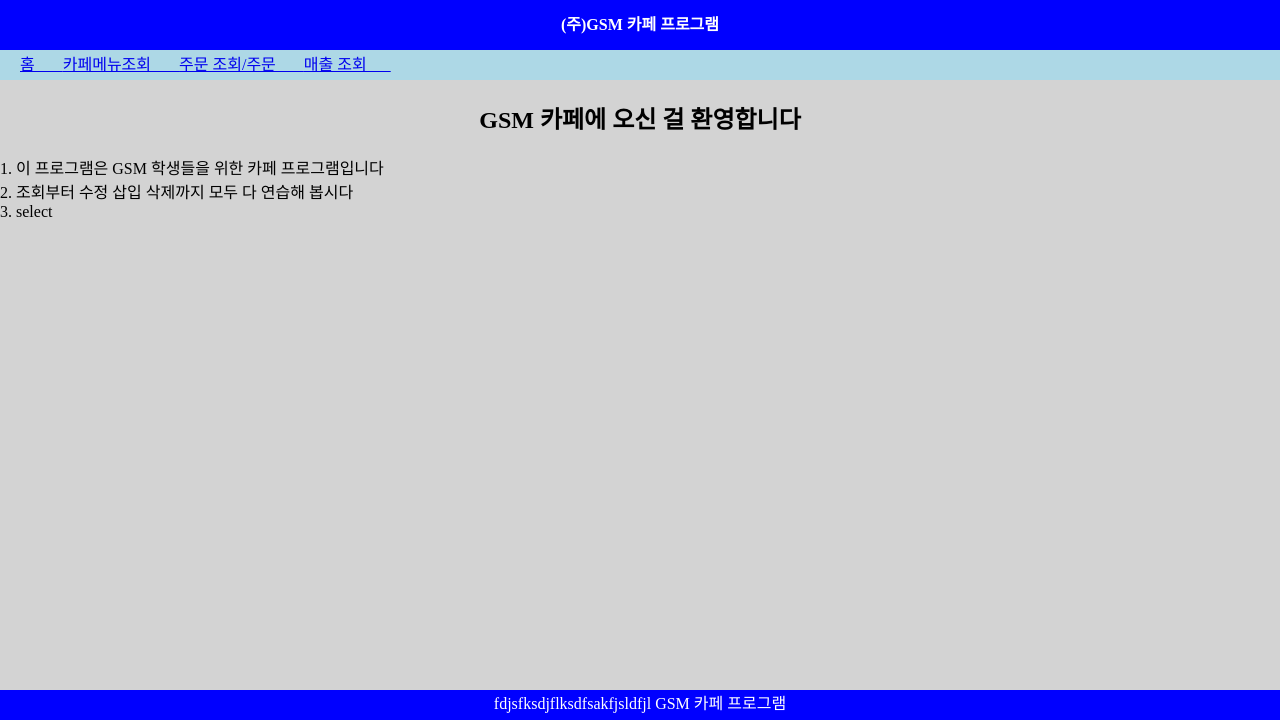
Repository: jiye-stingray/JSP
Page: http://localhost/Cafe/menulist.jsp
These files come from the project's save history. The page is drawn as it stood at one moment and after the next save; the edit follows.
The browser window is 1280 px wide. The pictures show the whole page.
The page is served by Tomcat 9.

Above is the page before, as saved 2022-09-22 11:07:31.

After the next save:
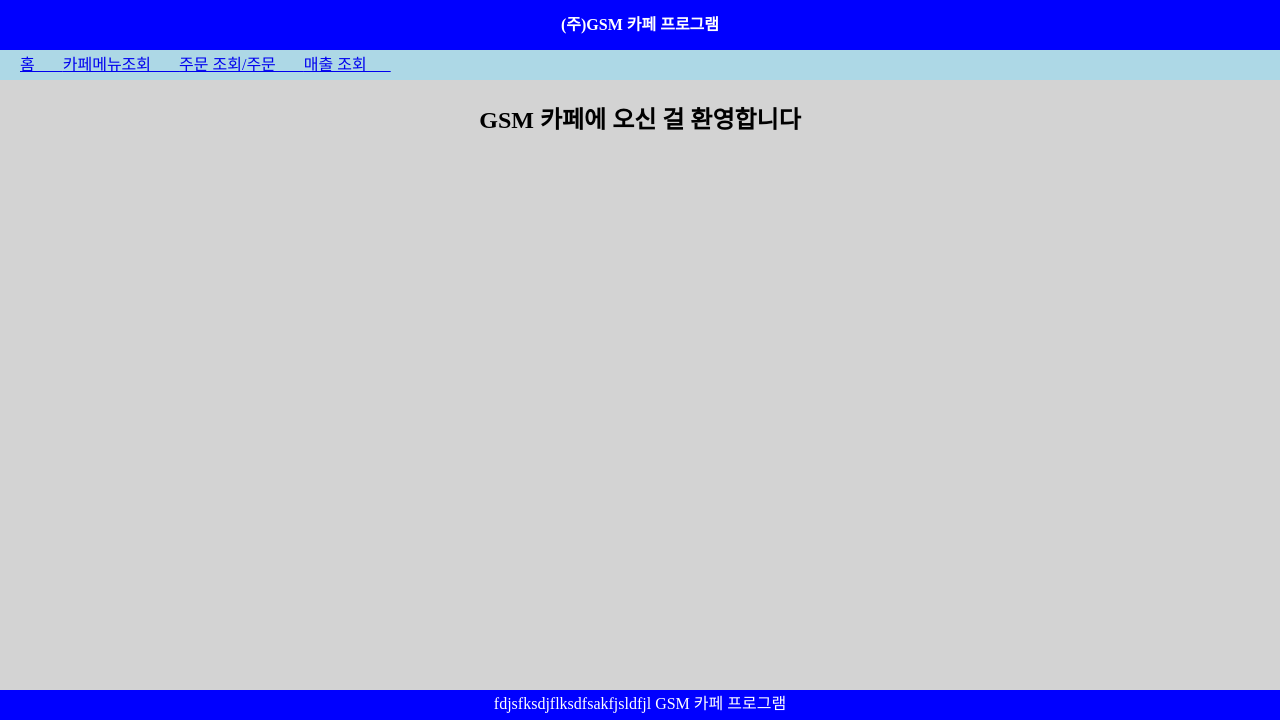
Saved 5 s later.
--- a/WithMIRA/Cafe/src/main/webapp/menulist.jsp
+++ b/WithMIRA/Cafe/src/main/webapp/menulist.jsp
@@ -11,12 +11,6 @@
 
 <section style = "position: fixed; left: 0; width:100%; height: 100%; top:80px; background-color: lightgray" >
 <h2 style ="text-align: center;">GSM 카페에 오신 걸 환영합니다</h2>
-<p>
-1. 이 프로그램은 GSM 학생들을 위한 카페 프로그램입니다 <br>
-2. 조회부터 수정 삽입 삭제까지 모두 다 연습해 봅시다 <br>
-3. select
-
-</p>
 
 </section>
 
